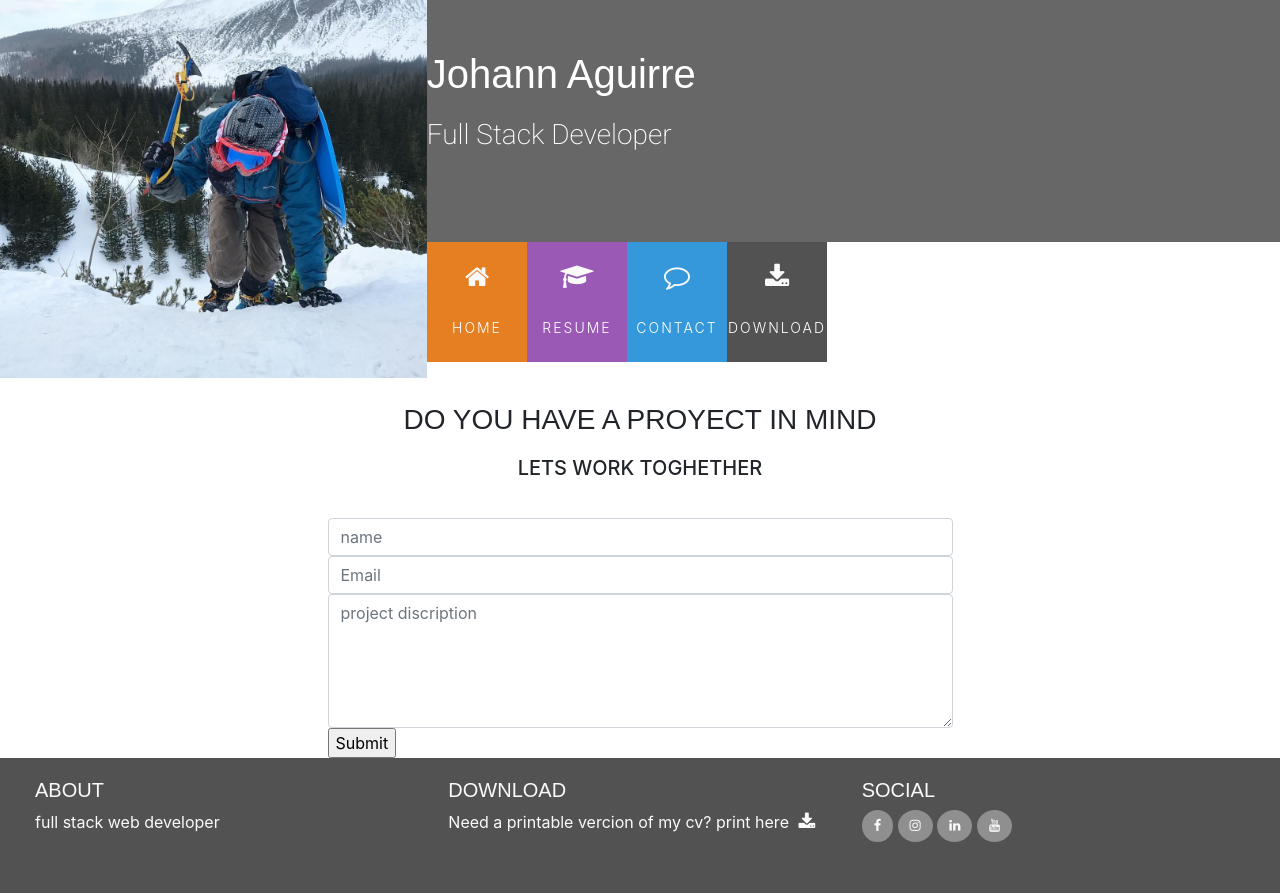
Repository: cachimiro/cv
Page: contact.html
The author's editor kept a record of every edit. The page is drawn from the files as they stood at one moment, then again after the next edit.
The browser window is 1280 px wide. The pictures show the whole page.
Some web fonts or font styles are not loaded; a fallback is used. Some web libraries are served in a nearby version.

Above is the page before.

### contact.html
<!DOCTYPE html>
<html lang="en">

<head>
    <meta charset="UTF-8">
    <meta name="viewport" content="width=device-width, initial-scale=1.0">
    <meta http-equiv="X-UA-Compatible" content="ie=edge">
    <link rel="stylesheet" href="https://stackpath.bootstrapcdn.com/bootstrap/4.2.1/css/bootstrap.min.css" type="text/css" />
    <link rel="stylesheet" href="https://stackpath.bootstrapcdn.com/font-awesome/4.7.0/css/font-awesome.min.css" type="text/css" />
    <link rel="stylesheet" href="https://cdnjs.cloudflare.com/ajax/libs/hover.css/2.3.1/css/hover-min.css" type="text/css" />
    <link rel="stylesheet" href="css/style.css" type="text/css" />
    <title>Johann Aguirre</title>
</head>

<body>
    <header>
        <div class="row no-gutters">
            <a href="index.html" class="col-md-4 logo">

            </a>
            <div class="col-md-8">
                <div class="row no-gutters">
                    <div class="col heading bg-color-name-title">
                        <h1 class="name">Johann Aguirre</h1>
                        <h2 class="title">Full Stack Developer</h2>

                    </div>
                </div>
                <div class="row no-gutters inline-block">
                    <div class="col"></div>
                    <ul id="nav" class="list-inline menucontainer">
                        <li class="col-6 col-sm-3 ui-menu-color-home list-inline-item menuitem">
                            <a href="#" class="hvr-sweep-to-bottom"><i class="fa fa-home " aria-hidden="true"></i><span>Home</span></a>
                        </li>
                        <li class="col-6 col-sm-3 ui-menu-color-resume list-inline-item menuitem">
                            <a href="#" class="hvr-sweep-to-bottom"><i class="fa fa-graduation-cap"aria-hidden="true"></i> <span>Resume</span></a>
                        </li>
                        <li class="col-6 col-sm-3 ui-menu-color-contact list-inline-item menuitem">
                            <a href="#" class="hvr-sweep-to-bottom"><i class="fa fa-comment-o" aria-hidden="true"></i><span>Contact</span></a>
                        </li>
                        <li class="col-6 col-sm-3 ui-menu-color-download list-inline-item menuitem">
                            <a href="#" class="hvr-sweep-to-bottom"><i class="fa fa-download" aria-hidden="true"></i><span>Download</span></a>
                        </li>

                        </li>
                    </ul>

                </div>

            </div>
        </div>
    </header>
    <section class="container-fluid">
        <div class="row bg-color-contact">
            <div class="col">
                <h3 class="contact-heading uppercase text-center">Do you have a proyect in mind</h3>
                <h5 class="uppercase text-center">lets work toghether</h5>
                <div class="center-form">
                    <form>
                        <input type="text" name="name" id="fullname class" class="form-control" placeholder="name" required/>
                         <input type="email" name="email" id="emailaddress" class="form-control" placeholder="Email" required/>
                         <textarea rows="5" name="projectsummary" id="projectsummary" class="form-control" placeholder="project discription" required></textarea>

                        <input type="submit" value="Submit"/>
                    </form>
                </div>
            </div>
        </div>



    </section>
    <footer class="container-fluid">
        <div id="footer-detail" class="row">
            <div class="col-sm-4">
                <h5 class="uppercase general-sub">About</h5>
                <p class="inline-block">full stack web developer</p>
            </div>
            <div class="col-sm-4">
                <h5 class="uppercase general-sub">Download</h5>
                <p class="inline-block"> Need a printable vercion of my cv? print here
                    <a href="#" target="_blank" class="cv-pdf">
                <i class="fa fa-download" aria-hidden="true"></i>
                <span class="sr-only">Download link</span>
                </a>
                </p>
            </div>
            <div class="col-sm-4">
                <h5 class="uppercase general-sub">Social</h5>
                <ul class="list-inline social-links">
                    <li class="list-inline-item">
                        <a target="_blank" href="#">
                            <i class="fa fa-facebook" aria-hidden="true"></i>
                            <span class="sr-only">Facebook</span>
                        </a>
                    </li>
                    <li class="list-inline-item">
                        <a target="_blank" href="#">
                            <i class="fa fa-instagram" aria-hidden="true"></i>
                            <span class="sr-only">Instagram</span>
                        </a>
                    </li>
                    <li class="list-inline-item">
                        <a target="_blank" href="#">
                            <i class="fa fa-linkedin" aria-hidden="true"></i>
                            <span class="sr-only">Linkedin</span>
                        </a>
                    </li>
                    <li class="list-inline-item">
                        <a target="_blank" href="#">
                            <i class="fa fa-youtube" aria-hidden="true"></i>
                            <span class="sr-only">Youtube</span>
                        </a>
                    </li>
                </ul>

            </div>
        </div>


    </footer>

</body>

</html>

### css/style.css
@import url('https://fonts.googleapis.com/css?family=Roboto:100,200,300,400,500,600,700 | Exo 100,200,300,400,500,600,700');

/*--- colors*/

.bg-color-name-title {
    background-color: #676767;
}

.bg-color-three-reasons {
    background-color: #ffffff;
}

.bg-color-personal-info {
    background-color: #f4f4f4;
}

.bg-color-work-history {
    background-color: #9b59b6;

}

.bg-color-contact {
    background-color: #fff;
}
.ui-menu-color-home {
    background-color: #e67e22;


}

.ui-menu-color-resume {
    background-color: #9b59b6;

}

.ui-menu-color-contact {
    background-color: #3498db;

}

.ui-menu-color-download {
    background-color: #525252;
}

/*---- special paddings margins and text--*/

h1,
h2,
h3,
h4 {
    margin: 0;

}

.uppercase {
    text-transform: uppercase;
}

.general-sub {
    font-family: "Exo", sans-serif;
    font-weight: 300;
    color: #fafafa;

}

.inline-block {
    display: inline-block;

}

.row-table {
    display: table;
}

.section-column {
    display: table-cell;
    padding: 0 30px 30px;
    float: none;
}

.history-heading,
.section-heading {
    font-family: "Exo", sans-serif;
    font-weight: 300;
    margin-top: 25px;
    margin-bottom: 40px;
}


/*------- headings*/

header {
    margin: 0;
}

.logo {
    background: url("../images/johann.jpg");
    background-position: center;
    background-repeat: no-repeat;
    background-size: cover;
    min-height: 360px;
    transition: all .5s ease-in-out;
    -moz-transition: all .5s ease-in-out;
    -webkit-transition: all .5s ease-in-out;
}

.name {
    font-family: "exo", sans-serif;
    font-weight: 100;
    font-size: 40px;
    margin-top: 50px;
    color: #ffffff;
}

.title {
    font-family: "roboto", sans-serif;
    font-weight: 200;
    font-size: 28px;
    margin-top: 20px;
    margin-bottom: 90px;
    color: #ffffff;
}

.list-inline-item:not(:last-child) {
    margin: 0;
}

.menucontainer {
    font-size: 0;
}

.list-inline-item:not(:last-child) {
    margin: 0;
}

.menucontainer {
    font-size: 0;
}

#nav li {
    font-size: 14px;
    padding: 0;

}

.menuitem {
    height: 120px;
    text-align: center;
    padding: 0;
}

.menuitem a {
    width: 100px;
    text-decoration: 0;
    color: #fff;
    height: 120px;
}

.menuitem a i {
    padding: 22px;
    display: block;
    color: #fafafa;
    font-size: 26px;
}

.menuitem span {
    display: block;
    width: 100%;
    padding-top: 5px;
    text-align: center;
    text-transform: uppercase;
    font-size: 14px;
    font-weight: 300;
    letter-spacing: 2px;

}

/*-- hover.css*/

.hvr-sweep-to-bottom:before {
    background: rgb(0, 0, 0, 0.2);
    height: 120px;

}

/*--- footer*/

footer {
    background-color: #525252;
    color: #fafafa;
    min-height: 120px;
    margin: 0;
}

.cv-pdf i {
    font-size: 18px;
    color: #fafafa;
    text-align: center;
    padding-left: 5px;
    transition: all 0.35s ease-in-out;
    -moz-transition: all 0.35s ease-in-out;
    -webkit-transition: all 0.35s ease-in-out;
    -o-transition: all 0.35s ease-in-out;
}

.cv-pdf i:hover {
    color: #e84610
}

.social-links {
    padding-bottom: 15px;
}

.social-links li a i {
    widows: 32px;
    height: 32px;
    padding: 12px;
    border-radius: 50%;
    font-size: 13px;
    line-height: 7px;
    text-align: center;
    color: #fafafa;
    background: #8f8f8f;
    transition: all 0.35s ease-in-out;
    -moz-transition: all 0.35s ease-in-out;
    -webkit-transition: all 0.35s ease-in-out;
    -o-transition: all 0.35s ease-in-out;
}

.social-links li a i:hover {
    background: #e84610;

}

#footer-detail {
    padding: 20px;
}

/*-------- three reasons*/

.three-reasons-icon {
    font-size: 26px;
    color: #e67e22;
}

.three-reasons-heading {
    margin-bottom: 15px;
}

/*-----------------personal-info*/

.personal-info-item {
    margin-bottom: 20px;
    display: block;
    clear: both;

}

.personal-info-item .key,
.personal-info-item .value {
    padding-right: 8px;
    display: inline-block;

}

.personal-info-item .key p,
.personal-info-item .value p {
    margin: 0;
}

.personal-info-item .key {
    width: 30%;
    margin-right: 21px;
    padding-top: 2px;
    vertical-align: top;
}

.personal-info-item .key p {
    font-weight: 700;

}

.personal-info-item .value {
    position: relative;
    width: 60%;
}

/*--------------- skills*/

.progress {
    position: relative;
    height: 25px;
    margin-bottom: 4px;
}

.progress-type {
    position: absolute;
    left: 0px;
    font-weight: 400;
    padding: 3px 30px 2px 10px;
    color: #fafafa;
    background-color: rgb(25, 25, 25, 0.2);
}

.progress-section {
    margin: 40px 20px;
}

/*------------ work history*/

.history-heading {
    color: #fafafa;
    margin-bottom: 50px;

}

.timeline-item {
    padding: 4em 2em 0em 2em;
    position: relative;
    color: #fafafa;
    border-left: 1px solid;
}

.timeline-item p {
    padding: 0;
    margin: 0;
}

.timeline-item:before {
    content: attr(data-dates);
    position: absolute;
    left: 2.5em;
    top: 3em;
    display: block;
    font-family: "exo", sans-serif;
    font-weight: 500;
    font-size: 0.8em;
    padding: 0;
    margin: 0;
}

.timeline-item:after {
    width: 12px;
    height: 12px;
    display: block;
    top: 2.4em;
    position: absolute;
    left: -6px;
    border-radius: 12px;
    content: "";
    background-color: #fafafa;
}

.history-items {
    margin-bottom: 30px;

}
/*-----------contact form*/

.contact-heading{
    font-family: "exo", sans-serif;
    font-weight: 300;
    margin-top: 25px;
    margin-bottom: 20px;

}
.center-form{
    padding-top: 10px;
    margin: 0 auto;
    max-width: 70%;
}
button[type="submit"]{
    margin-top: 15px;
    margin-bottom: 20px;
    color: #fafafa;
    background-color: #e84610;
}
/*------------ media queris*/
@media(min-width: 992px){
    .center-form{
    padding-top: 30px;
    min-height: 240px;
    margin: 0 auto;
    max-width: 50%;
}

}

After the next edit:
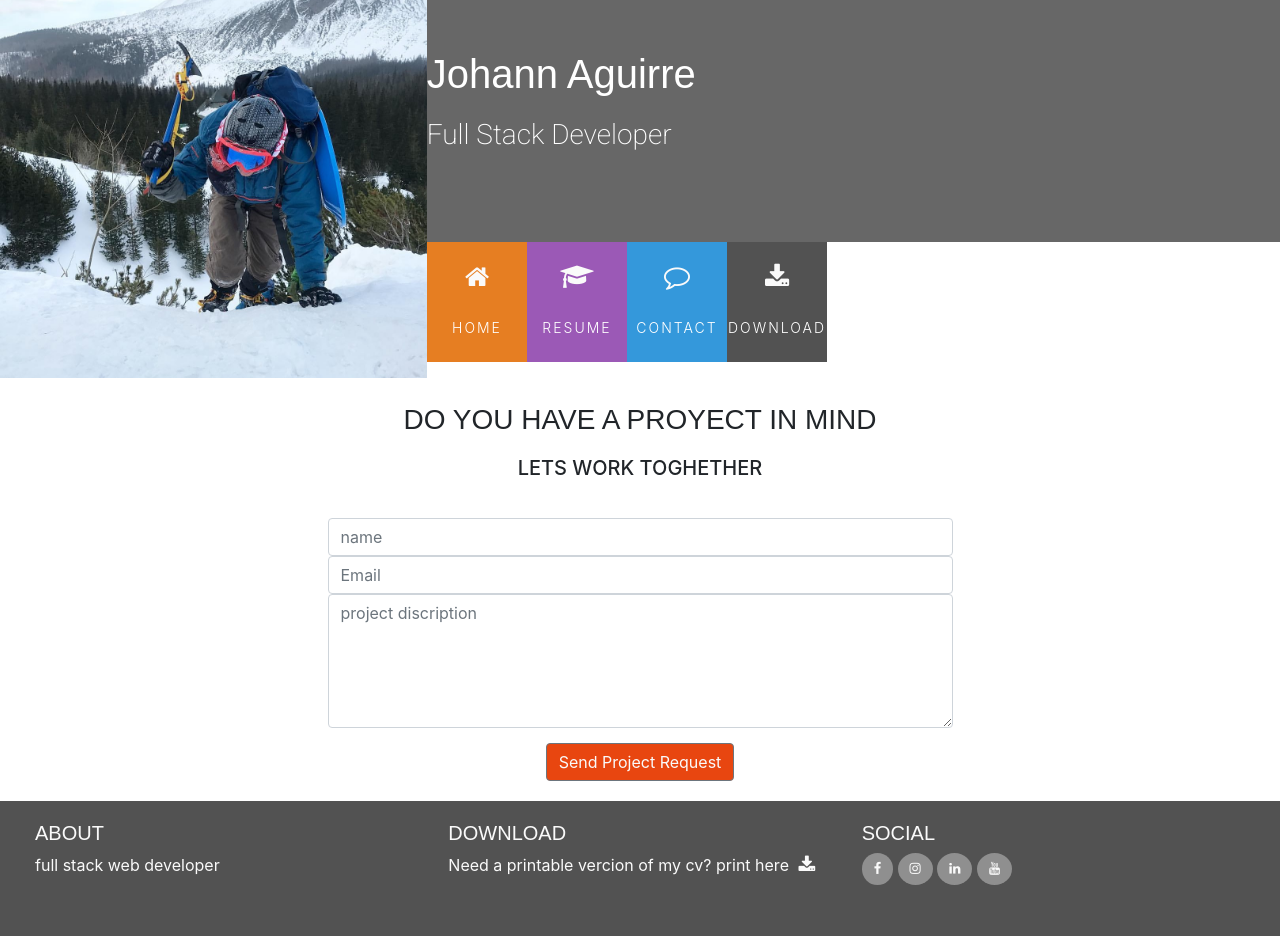
The edit:
--- a/contact.html
+++ b/contact.html
@@ -58,10 +58,15 @@
                 <div class="center-form">
                     <form>
                         <input type="text" name="name" id="fullname class" class="form-control" placeholder="name" required/>
-                         <input type="email" name="email" id="emailaddress" class="form-control" placeholder="Email" required/>
-                         <textarea rows="5" name="projectsummary" id="projectsummary" class="form-control" placeholder="project discription" required></textarea>
+                        <input type="email" name="email" id="emailaddress" class="form-control" placeholder="Email" required/>
+                        <textarea rows="5" name="projectsummary" id="projectsummary" class="form-control" placeholder="project discription" required></textarea>
+                        <div class="form-row text-center">
+                            <div class="col">
+                                <button type="submit" class="btn btn-secondary">Send Project Request</button>
 
-                        <input type="submit" value="Submit"/>
+                            </div>
+                        </div>
+
                     </form>
                 </div>
             </div>
